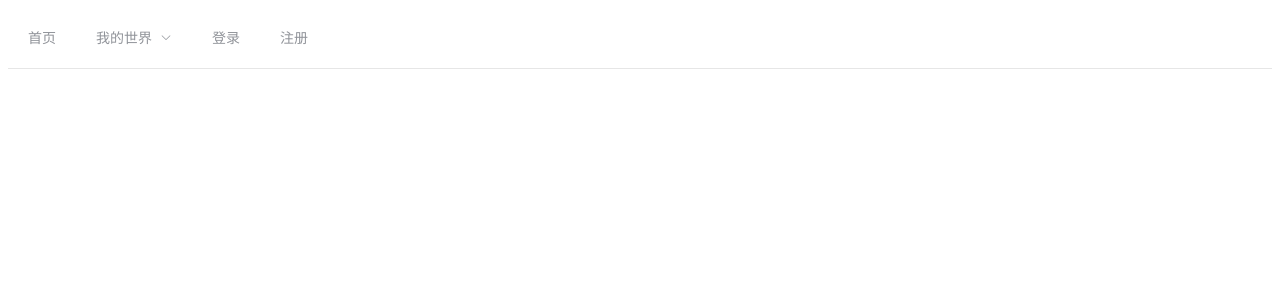
Repository: pastSeagull/hzy
Page: / (app in leaf-ui/)
An editor plug-in stored every save of this project. The page is shown before and after the next save, followed by the edit.
The browser window is 1280 px wide. The pictures show the whole page.
The project was rebuilt for these pictures with package versions that can differ from the ones it lists, and the page was loaded fresh each time. Also part of the build but not shown: leaf-ui/src/components/Login.vue.

Above is the page before, as saved 2021-04-06 17:46:41.

After the next save:
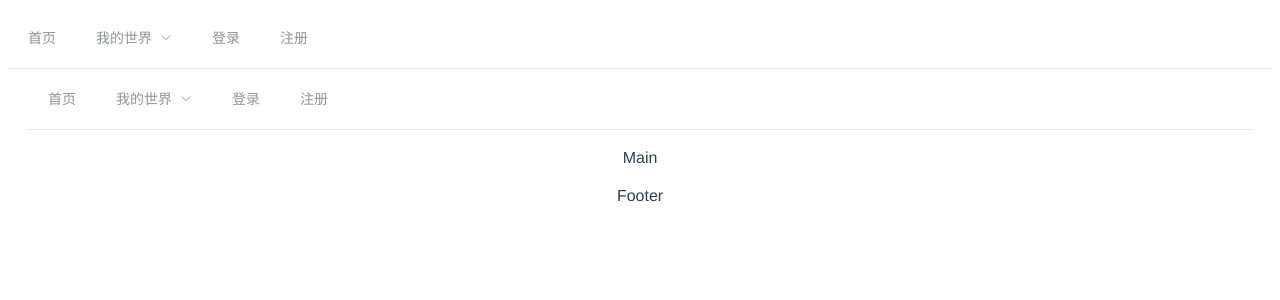
Saved 12 s later.
--- a/leaf-ui/src/App.vue
+++ b/leaf-ui/src/App.vue
@@ -2,7 +2,7 @@
   <div id="app">
     <NavMenu/>
 
-    <!-- <router-view/> -->
+    <router-view/>
   </div>
 </template>
 
